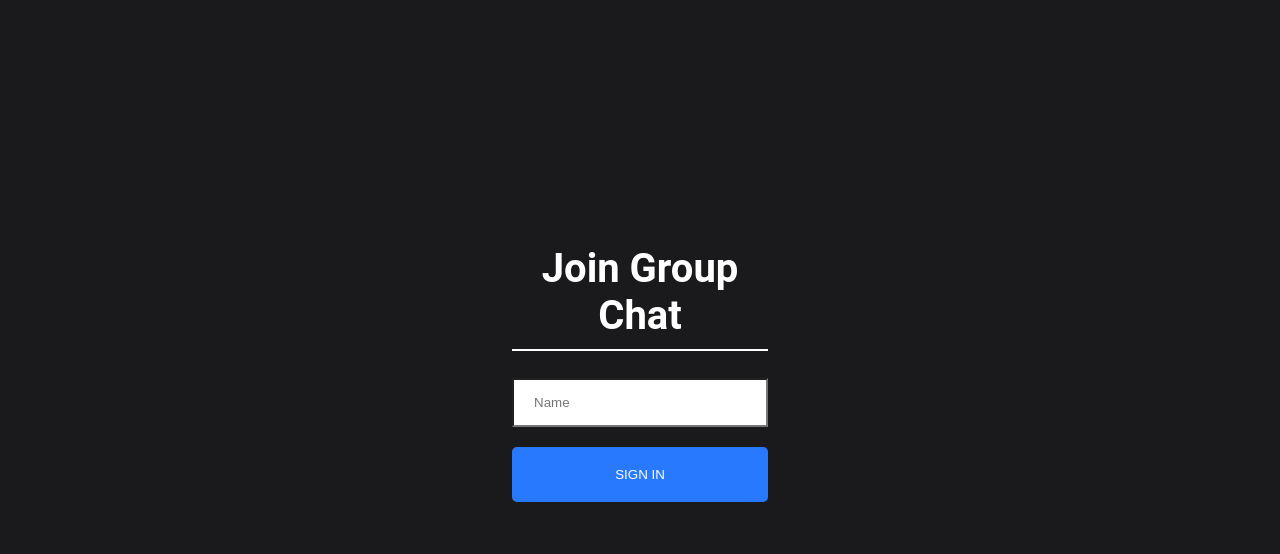
Repository: olawale7040/Luqman_Doodle_challenge
Page: /
The author's editor kept a copy of each file at every save. The page is drawn from the files as they stood at one save, then again after the next save.
The browser window is 1280 px wide. The pictures show the whole page.
The project was rebuilt for these pictures with package versions that can differ from the ones it lists, and the page was loaded fresh each time.

Above is the page before, as saved 2021-11-27 10:05:16.

After the next save:
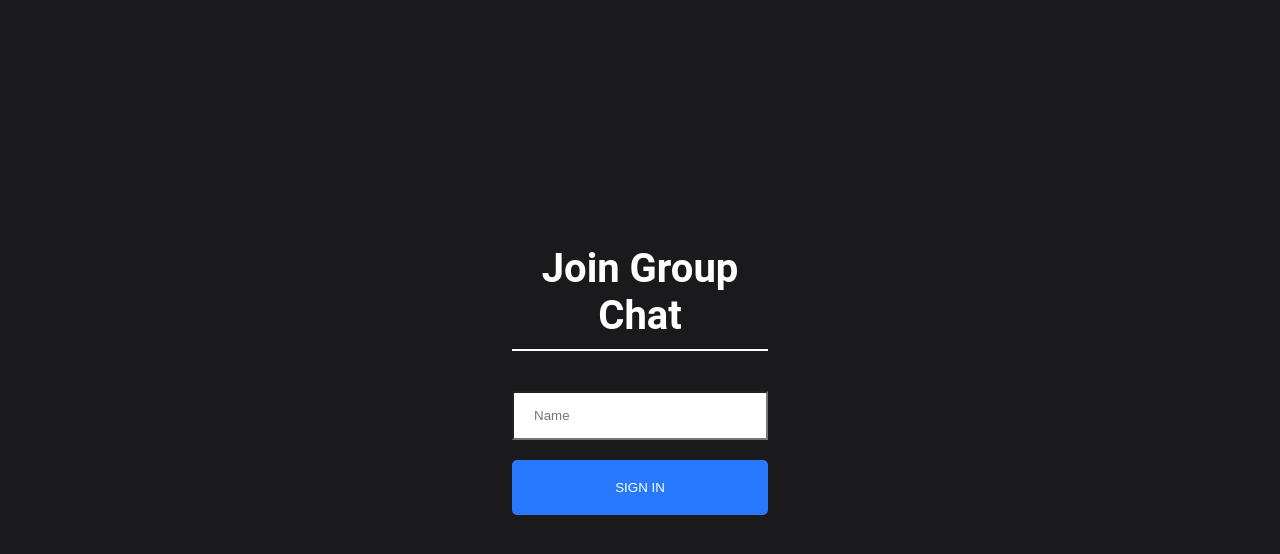
Saved 16 s later.
--- a/src/views/Join/Join.js
+++ b/src/views/Join/Join.js
@@ -9,7 +9,7 @@ export default function SignIn() {
   return (
     <div className="joinOuterContainer">
       <div className="joinInnerContainer">
-        <h1 className="heading">Join Group Chat</h1>
+        <h3 className="heading">Join Group Chat</h3>
         <div>
           <input
             placeholder="Name"
